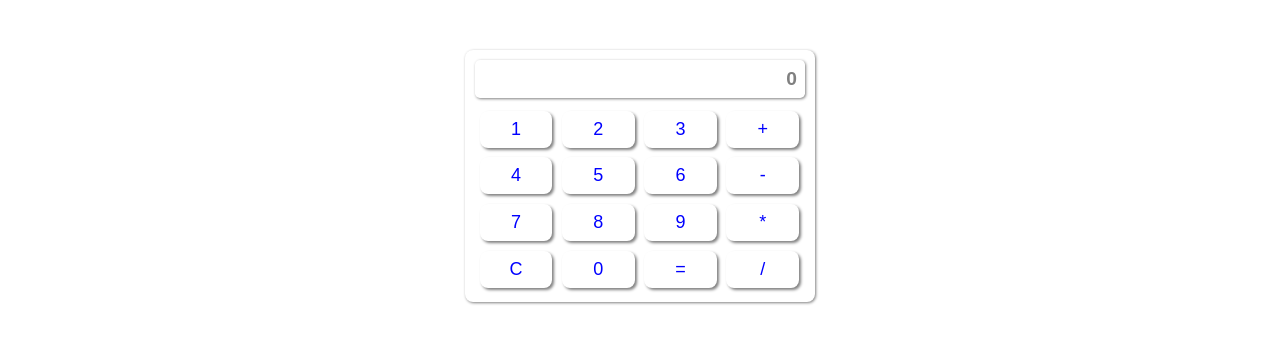
Repository: qudos4real/calculator
Page: /
The author's editor kept a copy of each file at every save. The page is drawn from the files as they stood at one save, then again after the next save.
The browser window is 1280 px wide. The pictures show the whole page.
The project was rebuilt for these pictures with package versions that can differ from the ones it lists, and the page was loaded fresh each time.

Above is the page before, as saved 2022-10-09 14:25:38.

After the next save:
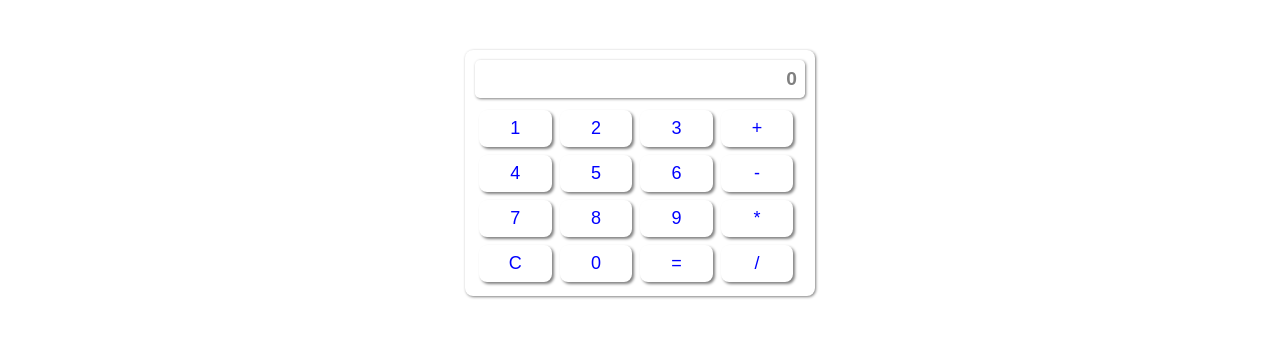
Saved 18 s later.
--- a/src/components/Calculator.css
+++ b/src/components/Calculator.css
@@ -13,7 +13,7 @@
     width: 22%;
     font-size: large;
     padding: 0.5rem;
-    margin: 0.3rem;
+    margin: 0.25rem;
     border: none;
     box-shadow: 2px 2px 3px grey;
     border-radius: 0.5rem;
